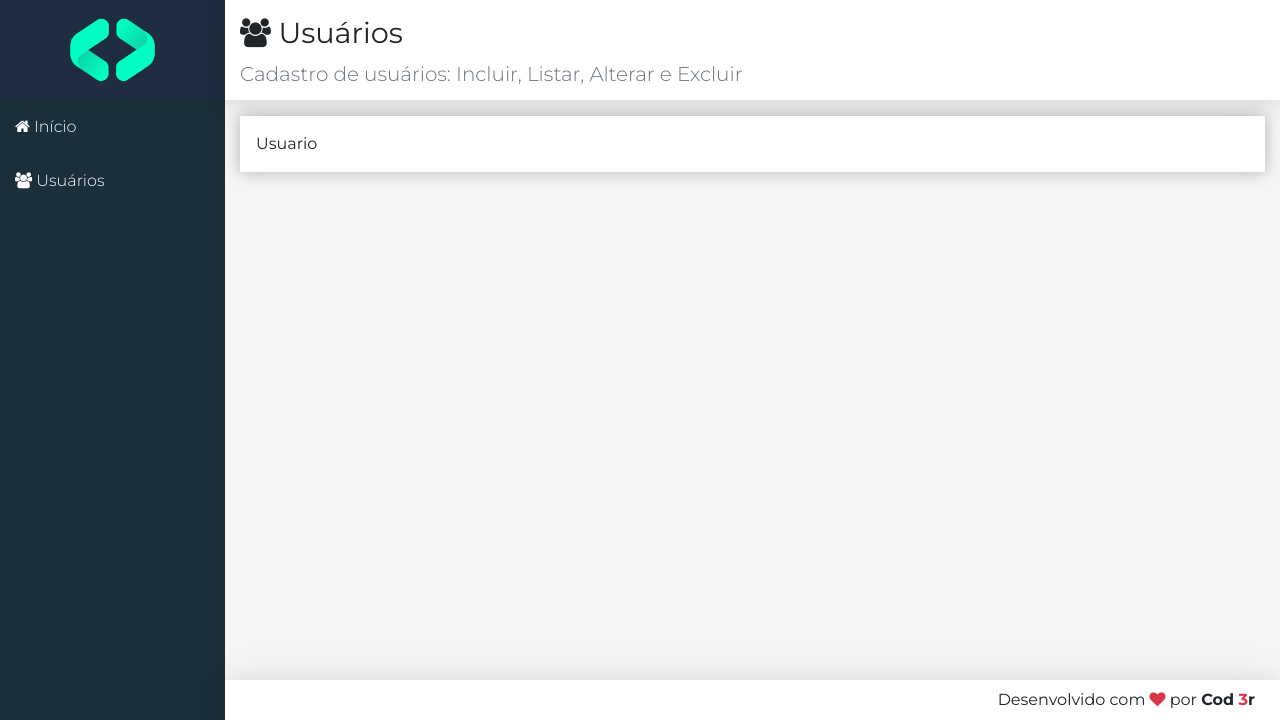
Repository: eversonps/projeto-cadastro-usuarios-firebase
Page: /users (app in frontend/)
These files come from the project's save history. The page is drawn as it stood at one moment and after the next save; the edit follows.
The browser window is 1280 px wide. The pictures show the whole page.
The project was rebuilt for these pictures with package versions that can differ from the ones it lists, and the page was loaded fresh each time. Also part of the build but not shown: frontend/src/components/home/home.jsx.

Above is the page before, as saved 2022-03-22 14:55:19.

### frontend/public/index.html
<!DOCTYPE html>
<html lang="en">
  <head>
    <meta charset="utf-8" />
    <link rel="icon" href="%PUBLIC_URL%/favicon.ico" />
    <link rel="preconnect" href="https://fonts.googleapis.com">
    <link rel="preconnect" href="https://fonts.gstatic.com" crossorigin>
    <link href="https://fonts.googleapis.com/css2?family=Montserrat:wght@300;400;700&display=swap" rel="stylesheet">
    <meta name="viewport" content="width=device-width, initial-scale=1" />
    <meta name="theme-color" content="#000000" />
    <meta
      name="description"
      content="Web site created using create-react-app"
    />
    <link rel="apple-touch-icon" href="%PUBLIC_URL%/logo192.png" />
    <!--
      manifest.json provides metadata used when your web app is installed on a
      user's mobile device or desktop. See https://developers.google.com/web/fundamentals/web-app-manifest/
    -->
    <link rel="manifest" href="%PUBLIC_URL%/manifest.json" />
    <!--
      Notice the use of %PUBLIC_URL% in the tags above.
      It will be replaced with the URL of the `public` folder during the build.
      Only files inside the `public` folder can be referenced from the HTML.

      Unlike "/favicon.ico" or "favicon.ico", "%PUBLIC_URL%/favicon.ico" will
      work correctly both with client-side routing and a non-root public URL.
      Learn how to configure a non-root public URL by running `npm run build`.
    -->
    <title>React App</title>
  </head>
  <body>
    <noscript>You need to enable JavaScript to run this app.</noscript>
    <div id="root"></div>
    <!--
      This HTML file is a template.
      If you open it directly in the browser, you will see an empty page.

      You can add webfonts, meta tags, or analytics to this file.
      The build step will place the bundled scripts into the <body> tag.

      To begin the development, run `npm start` or `yarn start`.
      To create a production bundle, use `npm run build` or `yarn build`.
    -->
  </body>
</html>

### frontend/src/index.js
import React from 'react';
import ReactDOM from 'react-dom';
import './index.css';
import App from './main/app';
import reportWebVitals from './reportWebVitals';

ReactDOM.render(
  <React.StrictMode>
    <App />
  </React.StrictMode>,
  document.getElementById('root')
);

// If you want to start measuring performance in your app, pass a function
// to log results (for example: reportWebVitals(console.log))
// or send to an analytics endpoint. Learn more: https://bit.ly/CRA-vitals
reportWebVitals();

### frontend/src/main/app.jsx
import "./app.css"
import "bootstrap/dist/css/bootstrap.min.css"
import "font-awesome/css/font-awesome.min.css"

import React from "react"

import Logo from "../components/template/logo"
import Nav from "../components/template/nav"
import Footer from "../components/template/footer"
import Routes from "./routes"

import {BrowserRouter as Router} from "react-router-dom"

export default props => {
    return (
        <div className="app">
            <Router>
                <Logo></Logo>
                <Nav></Nav>
                <Routes></Routes>
                <Footer></Footer>
            </Router>
        </div>
    )
}

### frontend/src/main/app.css
:root{
    --bg-dark: #1A2F3A;
    --logo-height: 100px;
    --header-height: 100px;
    --aside-width: 225px;
    --footer-height: 40px;

    --shadow: 0 2px 23px 0 rgba(0, 0, 0, 0.1), 0 2px 49px 0 rgba(0, 0, 0, 0.06);
}

* {
    box-sizing: border-box;
    font-family: 'Montserrat', sans-serif;
}

.app{
    margin: 0px;
    display: grid;
    grid-template-columns: var(--aside-width) 1fr;
    grid-template-rows: var(--header-height) 1fr var(--footer-height);
    grid-template-areas:
        "logo header"
        "menu content"
        "menu footer";
    height: 100vh;
    background-color: #F5F5F5;
}

aside.logo{
    grid-area: logo;
}

header.header{
    grid-area: header;
}

aside.menu-area{
    grid-area: menu;
}

main.content{
    grid-area: content;
}

footer.footer{
    grid-area: footer;
}

### frontend/src/components/template/logo.jsx
import React from "react"
import "./logo.css"
import logo from "../../assets/images/logo.png"

import { Link } from "react-router-dom"
export default props => (
    <aside className="logo">
        <Link to="/" className="logo">
            <img src={logo} alt="logo" />
        </Link>
    </aside>
)

### frontend/src/components/template/nav.jsx
import React from "react"
import "./nav.css"

import {Link} from "react-router-dom"

export default props => {
    return (
        <aside className="menu-area">
            <nav className="menu">
                <Link to="/">
                    <i className="fa fa-home"></i> Início
                </Link>
                <Link to="/users">
                    <i className="fa fa-users"></i> Usuários
                </Link>
            </nav>
        </aside>
    )
}

### frontend/src/components/template/footer.jsx
import React from "react";
import "./footer.css"

export default props => (
    <footer className="footer">
        <span>
            Desenvolvido com <i className="fa fa-heart text-danger"></i> por <strong>Cod <span className="text-danger">3</span>r</strong>
        </span>
    </footer>
)

### frontend/src/main/routes.jsx
import React from "react";
import {Routes, Route} from "react-router-dom"

import Home from "../components/home/home"
import UserCrud from "../components/user/userCrud"

export default props => (
    <Routes>
        <Route path="/" element={<Home />}/>
        <Route path="/users" element={<UserCrud />}/>
        <Route path="*" element={<Home />}/>
    </Routes>
)

### frontend/src/components/template/logo.css
aside.logo{
    background-color: var(--bg-dark);
    display: flex;
    justify-content: center;
    align-items: center;
}

aside.logo img {
    width: 100%;
}

### frontend/src/components/template/nav.css
aside.menu-area{
    background-color: var(--bg-dark);
    box-shadow: 2px 0 10px 0 rgba(0,0,0,0.12), rgba(0,0,0,0.09);
}

.menu a{
    display: block;
    text-decoration: none;
    color: #FFF;
    font-weight: 300;
    padding: 15px;
}

.menu a:hover {
    background: linear-gradient(135deg, #07A7E3 0%, #32DAC3 100%);
}

### frontend/src/components/template/footer.css
footer.footer{
    display: flex;
    align-items: center;
    justify-content: flex-end;
    padding: 0 25px;
    background-color: #FFF;
    box-shadow: var(--shadow);
}

### frontend/src/components/user/userCrud.jsx
import React, {Component} from "react"
import Main from "../template/main"
import axios from "axios"

const headerProps = {
    icon: "users",
    title: "Usuários",
    subtitle: "Cadastro de usuários: Incluir, Listar, Alterar e Excluir"
}

const baseUrl = "http://localhost:3001/users"
const initialState = {
    user: {name: "", email: ""},
    list: []
}

export default class UserCrud extends Component{
    state = { ...initialState }

    clear(){
        this.setState({user: initialState.user})
    }

    save(){
        const user = this.state.user
        const method = user.id ? "put" : "post"
        const url = user.id ? `${baseUrl}/${user.id}` : baseUrl
        axios[method](url, user).then(resp => {
            const list = this.getUpdatedList(resp.data)
            this.setState({user: initialState.user, list})
        })
    }

    getUpdatedList(user){
        const list = this.state.list.filter(u => u.id !== user.id)
        list.unshift(user)
        return list
    }

    updateField(event){
        const user = {...this.state.user}
        user[event.target.name] = event.target.value
        this.setState({ user })
    }

    renderForm(){
        return (
            <div className="form">
                <div className="row">
                    <div className="col-12 col-md-6">
                        <div className="form-group">
                            <label>Nome</label>
                            <input type="text" className="form-control" name="name" value={this.state.user.name} onChange={e => this.updateField(e)} placeholder="Digite o nome..."/>
                        </div>
                    </div>

                    <div className="col-12 col-md-6">
                        <div className="form-group">
                            <label>Email</label>
                            <input type="text" className="form-control" name="email" value={this.state.user.email} onChange={e => this.updateField(e)} placeholder="Digite o email..."/>
                        </div>
                    </div>
                </div>

                <hr />

                <div className="row">
                    <div className="col12 d-flex justify-content-end">
                        <button className="btn btn-primary" onClick={e => this.save(e)}>Salvar</button>
                        <button className="btn btn-secondary ml-2" onClick={e => this.clear(e)}>Cancelar</button>
                    </div>
                </div>
            </div>
        )
    }

    render(){
        return (
            <Main {...headerProps}>
                Usuario
            </Main>
        )
    }
}

### frontend/src/components/template/main.jsx
import React from "react"
import Header from "./header"
import "./main.css"

export default props => (
    <>
        <Header {...props}></Header>
        <main className="content container-fluid">
            <div className="p-3 mt-3">
                {props.children}
            </div>
        </main>
    </>
)

### frontend/src/components/template/header.jsx
import React from "react";
import "./header.css"

export default props => (
    <header className="header d-none d-sm-flex flex-column">
        <h1 className="mt-3">
            <i className={`fa fa-${props.icon}`}></i> {props.title}
        </h1>
        <p className="lead text-muted">{props.subtitle}</p>
    </header>
)

### frontend/src/components/template/header.css
header.header{
    background-color: #FFF;
    padding: 0px 15px;
    overflow: hidden;
    white-space: nowrap;
    box-shadow: var(--shadow);
}

header.header h1{
    font-size: 1.8em;
}

Loaded but not shown: frontend/src/index.css (common file); frontend/src/reportWebVitals.js (common file); frontend/src/components/template/main.css (common file)

After the next save:
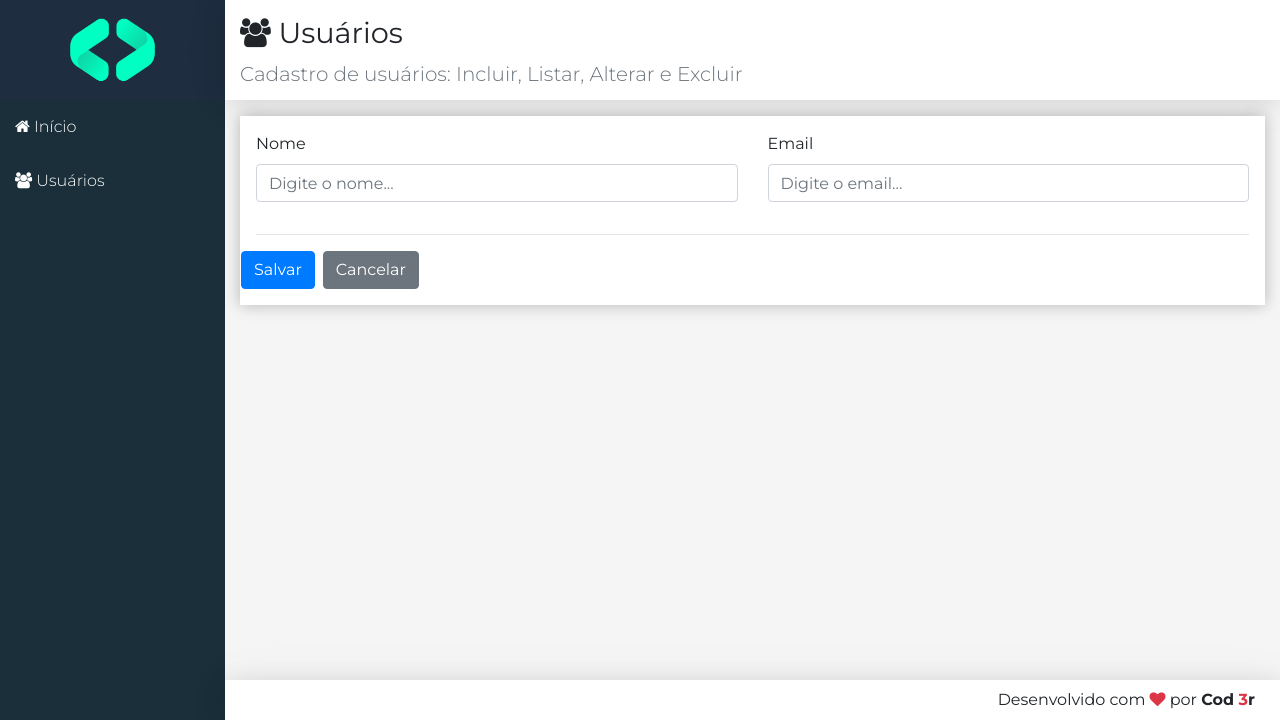
Saved 13 s later.
--- a/frontend/src/components/user/userCrud.jsx
+++ b/frontend/src/components/user/userCrud.jsx
@@ -77,7 +77,7 @@ export default class UserCrud extends Component{
     render(){
         return (
             <Main {...headerProps}>
-                Usuario
+                {this.renderForm()}
             </Main>
         )
     }
